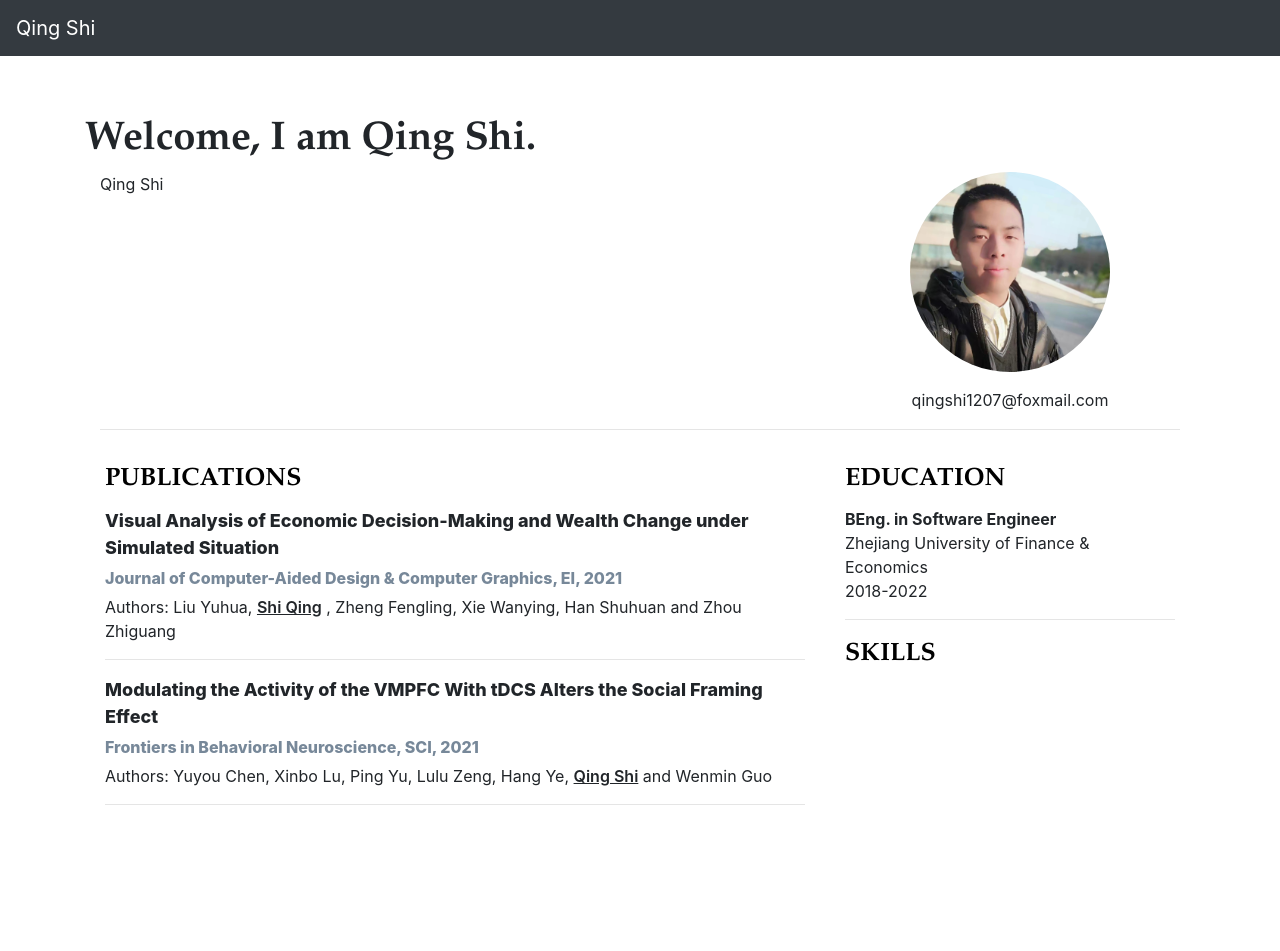
Repository: sqsssq/webpage
Page: index.html
An editor plug-in stored every save of this project. The page is shown before and after the next save, followed by the edit.
The browser window is 1280 px wide. The pictures show the whole page.
Some web libraries are served in a nearby version.

Above is the page before, as saved 2022-03-28 10:39:14.

### index.html
<!--
 * @Author: Qing Shi
 * @LastEditTime: 2022-03-28 10:38:00
 * @Knowledge:
 * @Description: my homepage
 * @Attention:
-->
<!doctype html>
<html lang="zh-CN">

<head>
    <!-- 必须的 meta 标签 -->
    <meta charset="utf-8">
    <meta name="viewport" content="width=device-width, initial-scale=1, shrink-to-fit=no">
    <title>Qing Shi</title>

    <!-- 新 Bootstrap4 核心 CSS 文件 -->
    <link rel="stylesheet" href="https://cdn.staticfile.org/twitter-bootstrap/4.3.1/css/bootstrap.min.css">

    <!-- jQuery文件。务必在bootstrap.min.js 之前引入 -->
    <script src="https://cdn.staticfile.org/jquery/3.2.1/jquery.min.js"></script>

    <!-- bootstrap.bundle.min.js 用于弹窗、提示、下拉菜单，包含了 popper.min.js -->
    <script src="https://cdn.staticfile.org/popper.js/1.15.0/umd/popper.min.js"></script>

    <!-- 最新的 Bootstrap4 核心 JavaScript 文件 -->
    <script src="https://cdn.staticfile.org/twitter-bootstrap/4.3.1/js/bootstrap.min.js"></script>

    <link rel="stylesheet" href="css/index.css">
    <link rel="shortcut icon" href="icon/bitbug_favicon.ico" />
</head>

<body>

    <nav class="navbar  navbar-dark bg-dark">
        <a class="navbar-brand" href="#">
            Qing Shi
        </a>

        <!-- <button type="button" class="btn btn-outline-primary">中/EN</button> -->
    </nav>

    <div class="container framework">
        <!-- Image and text -->
        <div class="webHeader row">
            <h1 id="ToptitleFont">Welcome, I am Qing Shi.</h1>
            <!-- <hr> -->
            <div class="webIntroduction col-lg-8">
                Qing Shi
            </div>

            <div class="webPhoto col-lg-4">
                <img src="photo/sq3.jpg">
                <div class="info">
                    <!-- <svg class="svg-inline--fa fa-envelope-square fa-w-14 fa-fw fa-lg mr-2" aria-hidden="true" focusable="false" data-prefix="fas" data-icon="envelope-square" role="img" xmlns="http://www.w3.org/2000/svg" viewBox="0 0 448 512" data-fa-i2svg=""><path fill="currentColor" d="M400 32H48C21.49 32 0 53.49 0 80v352c0 26.51 21.49 48 48 48h352c26.51 0 48-21.49 48-48V80c0-26.51-21.49-48-48-48zM178.117 262.104C87.429 196.287 88.353 196.121 64 177.167V152c0-13.255 10.745-24 24-24h272c13.255 0 24 10.745 24 24v25.167c-24.371 18.969-23.434 19.124-114.117 84.938-10.5 7.655-31.392 26.12-45.883 25.894-14.503.218-35.367-18.227-45.883-25.895zM384 217.775V360c0 13.255-10.745 24-24 24H88c-13.255 0-24-10.745-24-24V217.775c13.958 10.794 33.329 25.236 95.303 70.214 14.162 10.341 37.975 32.145 64.694 32.01 26.887.134 51.037-22.041 64.72-32.025 61.958-44.965 81.325-59.406 95.283-70.199z"></path></svg> -->
                    qingshi1207@foxmail.com
                </div>
            </div>
        </div>
        <hr>
        <div class="webMain row">
            <div class="col-lg-8" style="padding-left: 20px; padding-right: 20px;">
                <div id="webPublication">
                    <h3 id="titleFont">
                        PUBLICATIONS
                    </h3>
                    <div class="totalPublic">
                        <div class="public">
                            <p class="ptitle">
                                Visual Analysis of Economic Decision-Making and Wealth Change under Simulated Situation
                            </p>

                            <p class="pub">
                                <span class="full">Journal of Computer-Aided Design & Computer Graphics, EI, 2021</span>
                            </p>
                            <p class="pauthor">
                                <span class="author">Authors:&nbsp;Liu Yuhua,</span>
                                <span class="me">Shi Qing</span>
                                <span class="author">, Zheng Fengling, Xie Wanying, Han Shuhuan and Zhou
                                    Zhiguang</span>
                            </p>
                        </div>
                        <hr>
                        <div class="public">
                            <p class="ptitle">
                                Modulating the Activity of the VMPFC With tDCS Alters the Social Framing Effect
                            </p>

                            <p class="pub">
                                <span class="full">Frontiers in Behavioral Neuroscience, SCI, 2021</span>
                            </p>
                            <p class="pauthor">
                                <span class="author">Authors:&nbsp;Yuyou Chen, Xinbo Lu, Ping Yu, Lulu Zeng, Hang
                                    Ye,</span>
                                <span class="me">Qing Shi</span>
                                <span class="author"> and Wenmin Guo</span>
                            </p>
                        </div>
                    </div>
                </div>
                <hr>
            </div>
            <div class="col-lg-4" style="padding-right: 20px;padding-left: 20px;">
                <div id="webEducation">
                    <h3 id="titleFont">
                        <!-- ::before -->
                        EDUCATION
                    </h3>
                    <a style="font-weight: bold;">BEng. in Software Engineer</a>
                    <br>
                    Zhejiang University of Finance & Economics
                    <br>
                    2018-2022
                </div>
                <hr>
                <div id="webSkill">
                    <h3 id="titleFont">SKILLS</h3>
                </div>
            </div>
        </div>
</body>

</html>

### css/index.css
* {
    margin: 0;
    padding: 0;
}

body {
    /* font-family:Georia,serif; */
    background: #ffffff;
    /* font-weight:bold; */
    /* font-size:15px; */
    /* color:#333;
    overflow: hidden; */
    -webkit-font-smoothing: antialiased;
}

.framework {
    /* height: 1000px; */
    margin-top: 30px;
    margin-bottom: 100px;
    padding: 30px 30px 30px 30px;
    width: 90%;
    /* border-color: black; */
    /* border-width: 3px; */
    /* border-style: solid; */
    /* box-shadow: darkgrey 0px 0px 30px 5px ; */
}

/* *, *::before, *::after {
    box-sizing: border-box;
} */

#ToptitleFont {
    /* Garamond */
    font-family: Garamond;
    font-weight: bold;
}

#titleFont {
    /* Garamond */
    font-family: Garamond;
    font-weight: bold;
    font-size: 25px;
    color: rgb(0, 0, 0);
    margin-top: 15px;
    line-height: 1.5;
}

.public {
}

.public p{
    margin-bottom: 5px;
    line-height: 1.5;

}

.public .ptitle {
    font-weight: 800;
    font-size: 18px;
}

.public .pauthor {
    font-size: 16px;
    font-weight: 400;
}

.public .me {
    font-weight: 600;
    text-decoration: underline;
}
.public .pub {
    display: flex;
    align-items: center;
    flex-wrap: wrap;
}

.public .full {
    font-size: 16px;
    font-weight: 800;
    color: lightslategray;
}

/* #titleFont:before {
    content: "";
    display: inline-block;
    width: 5px;
    height: 100%;
    background: #54b689;
    position: absolute;
    left: 0;
    top: 0;
} */

.webPhoto {
    /* align-items: center; */
    /* background-color: aqua; */
    display: flex;
    flex-direction: column;
    justify-content: center;
    align-items: center;
}

.webPhoto img {
    border-radius: 50%;
}

img {
    vertical-align: middle;
    border-style: none;
    height: 200px;
    width: 200px;
}

.webPhoto .info {
    margin-top: 15px;
    text-align: center;
    line-height: 1.64;
}

/*chrome--------------------------------------------start*/
::-webkit-scrollbar {
    width: 8px;
    height: 8px;
}

/* Track */
::-webkit-scrollbar-track {
    background: #ffffff;
    border-radius: 8px;
}

/* Handle */
::-webkit-scrollbar-thumb {
    background: rgb(201, 201, 202);
    border-radius: 8px;
}

/* Handle on hover */
::-webkit-scrollbar-thumb:hover {
    background: rgb(162, 162, 163);
}

.el-menu::-webkit-scrollbar,
.el-table__body-wrapper::-webkit-scrollbar {
    display: none;
}

.el-menu:hover::-webkit-scrollbar,
.el-table__body-wrapper:hover::-webkit-scrollbar {
    display: block;
}

/*chrome--------------------------------------------end*/

After the next save:
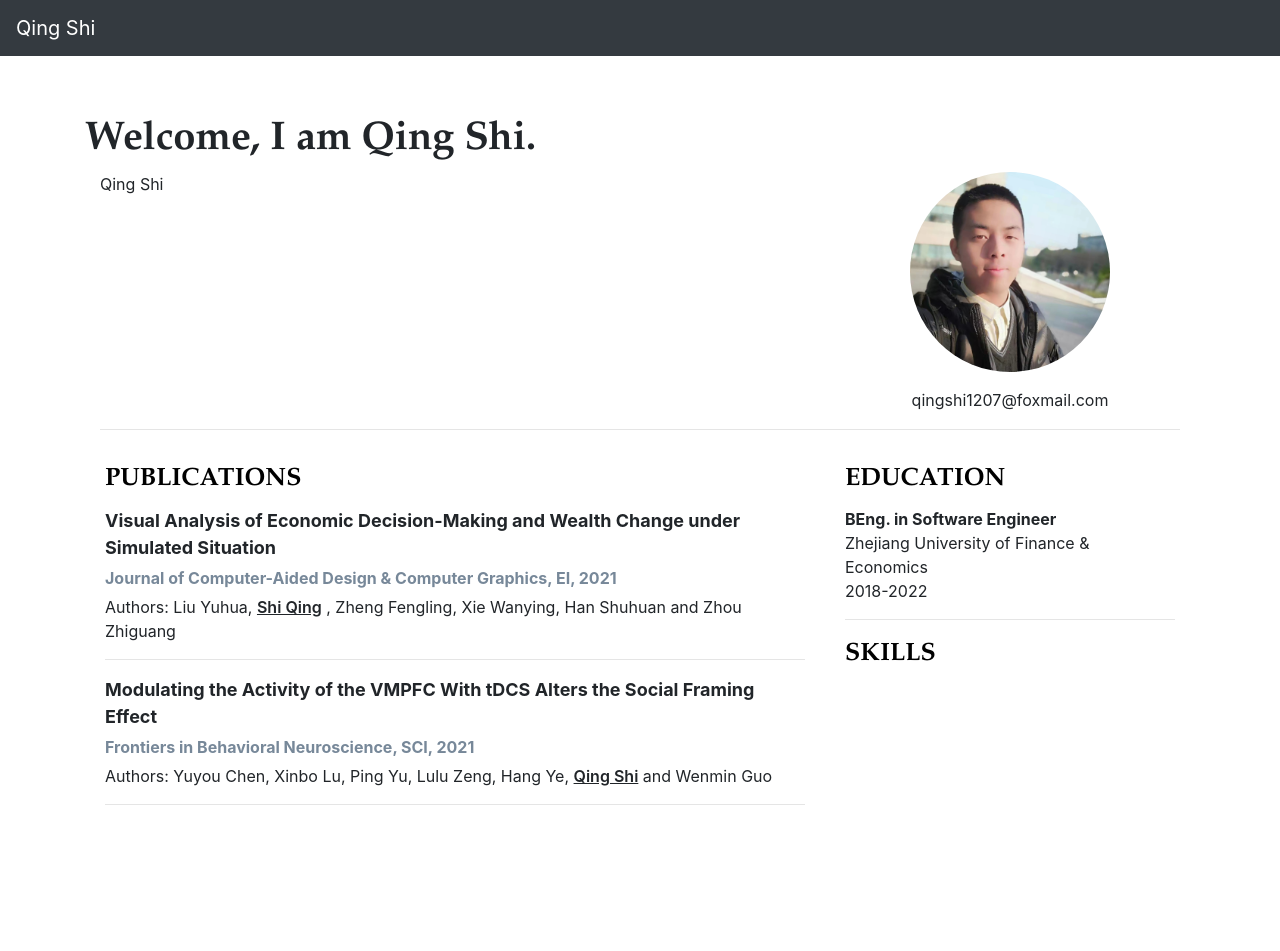
Saved 12 s later.
--- a/css/index.css
+++ b/css/index.css
@@ -55,7 +55,7 @@ body {
 }
 
 .public .ptitle {
-    font-weight: 800;
+    font-weight: 700;
     font-size: 18px;
 }
 
@@ -76,7 +76,7 @@ body {
 
 .public .full {
     font-size: 16px;
-    font-weight: 800;
+    font-weight: 700;
     color: lightslategray;
 }
 
